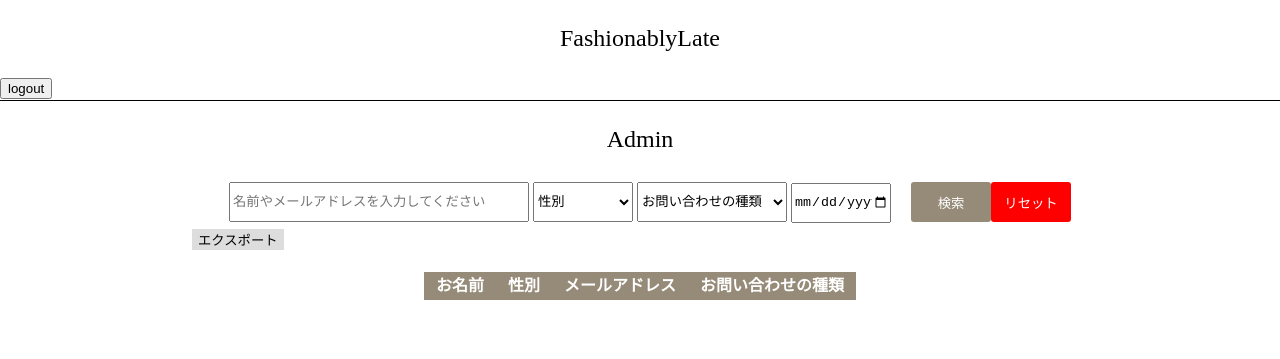
Repository: mayu-ya/test_form
Page: src/resources/views/admin.blade.php
The author's editor kept a copy of each file at every save. The page is drawn from the files as they stood at one save, then again after the next save.
The browser window is 1280 px wide. The pictures show the whole page.
The pointer rests on the first visible `.table-content`.
The page is served by the project's Laravel application, run on PHP 8.4 with Laravel 8. Other server files are loaded and not shown. The template is opened directly, without the code that normally fills it, so the values that code supplies are empty.

Above is the page before, as saved 2026-01-24 13:37:48.

### src/routes/web.php
<?php

use Illuminate\Support\Facades\Route;
use App\Http\Controllers\ContactController;
use App\Http\Controllers\CategoryController;
use App\Http\Controllers\AuthController;

/*
|--------------------------------------------------------------------------
| Web Routes
|--------------------------------------------------------------------------
|
| Here is where you can register web routes for your application. These
| routes are loaded by the RouteServiceProvider within a group which
| contains the "web" middleware group. Now create something great!
|
*/

Route::get('/', [ContactController::class, 'index']);
Route::post('/confirm', [ContactController::class, 'confirm']);
Route::post('/', [ContactController::class, 'back']);
Route::post('/thanks', [ContactController::class, 'store']);

Route::get('/', [CategoryController::class, 'index']);

Route::middleware('auth')->group(function () {
    Route::get('/admin', [AuthController::class, 'index']);
});
Route::get('/search', [AuthController::class, 'search']);

### src/resources/views/admin.blade.php
@extends('layouts.app')

@section('css')
<link rel="stylesheet" href="{{ asset('css/admin.css') }}">
@endsection

@section('header')
<div>
    <form action="/logout" method="post">
        @csrf
        <button class="header__button">logout</button>
    </form>
</div>

@endsection

@section('content')
<div class="content">
    <div class="title">
        <h2 class="title-h">Admin</h2>
    </div>

    <div class="search">
        <form class="form__search" action="/search" method="get">
            @csrf
            <div class="form__search-item">
                <input class="form__search-name" type="search" name="keyword" placeholder="名前やメールアドレスを入力してください" value="{{ old('keyword') }}">
                <select class="form__search-gender" name="gender">
                    <option value="">性別</option>
                    <option value="3">全部</option>
                    <option value="0">男性</option>
                    <option value="1">女性</option>
                    <option value="2">その他</option>
                </select>
                <select class="form__search-content" name="category_id">
                    <option value="">お問い合わせの種類</option>
                    @foreach ($categories as $category)
                    <option value="{{ $category['id'] }}">{{ $category->content }}</option>
                    @endforeach
                </select>
                <input class="form__search-date" type="date" name="date">
            </div>
            <div class="search__button">
                <button class="search__button-submit" tyup="submit">検索</button>
            </div>
        </form>
        <form action="" class="reset__button">
            <button class="reset__button-submit">リセット</button>
        </form>
    </div>

    <div class="export">
        <form action="" class="form__export">
            <button class="form__export-button">エクスポート</button>
        </form>
        {{ $contacts->links('vendor.pagination.custom-links') }}
    </div>

    <div class="table-content">
        <table class="table">
            <tr class="table-row">
                <th class="table-title">
                    <span class="table-span">お名前</span>
                    <span class="table-span">性別</span>
                    <span class="table-span">メールアドレス</span>
                    <span class="table-span">お問い合わせの種類</span>
                </th>
            </tr>
            @foreach($contacts as $contact)
            <tr class="table-row">
                <td class="table__item">
                    <form class="form">
                        <div class="form__item">
                            <input type="text" class="form__item-input" name="name" value="{{ $contact['last_name'] }}  {{ $contact['first_name'] }}" readonly>
                            @php
                            $gendertext = [1 => '男性', 2 => '女性', 3=>'その他'][$contact['gender']];
                            @endphp
                            <input type="text" class="form__item-input" name="gender" value="{{ $gendertext }}" readonly>
                            <input type="text" class="form__item-input" name="email" value="{{ $contact['email'] }}" readonly>
                            <input type="text" class="form__item-input" name="category_id"  value="{{ $contact->category->content }}" readonly>
                        </div>
                        <div class="form__button">
                            <button class="form__button-detail" type="button" popovertarget="my-popover" popovertargetaction="show">
                                詳細
                            </button>
                        </div>
                    </form>
                </td>
            </tr>
            @endforeach
        </table>
    </div>
</div>

<div id="my-popover" popover>
    <form class="popover-form">
        <div class="close__button">
            <button popovertarget="my-popover" popovertargetaction="hide" class="close__button-item">
                ×
            </button>
        </div>
        <div class="popover-group">
            <div class="popover-group__title">
                <span class="popover-group__title-span">お名前</span>
            </div>
            <div class="popover-group__item">
                <input type="text" class="popover-group__item-input" name="name" value="{{ $contact['last_name'] }}  {{ $contact['first_name'] }}" readonly>
            </div>
        </div>
        <div class="popover-group">
            <div class="popover-group__title">
                <span class="popover-group__title-span">性別</span>
            </div>
            <div class="popover-group__item">
                <input type="text" class="popover-group__item-input" name="gender" value="{{ $gendertext }}" readonly>
            </div>
        </div>
        <div class="popover-group">
            <div class="popover-group__title">
                <span class="popover-group__title-span">メールアドレス</span>
            </div>
            <div class="popover-group__item">
                <input type="text" class="popover-group__item-input" name="email" value="{{ $contact['email'] }}" readonly>
            </div>
        </div>
        <div class="popover-group">
            <div class="popover-group__title">
                <span class="popover-group__title-span">電話番号</span>
            </div>
            <div class="popover-group__item">
                <input type="text" class="popover-group__item-input" name="tel" value="{{ $contact['tel'][0] }}{{ $contact['tel'][1] }}{{ $contact['tel'][2] }}" readonly>
            </div>
        </div>
        <div class="popover-group">
            <div class="popover-group__title">
                <span class="popover-group__title-span">住所</span>
            </div>
            <div class="popover-group__item">
                <input type="text" class="popover-group__item-input" name="address" value="{{ $contact['address'] }}" readonly>
            </div>
        </div>
        <div class="popover-group">
            <div class="popover-group__title">
                <span class="popover-group__title-span">建物名</span>
            </div>
            <div class="popover-group__item">
                <input type="text" class="popover-group__item-input" name="building" value="{{ $contact['building'] }}" readonly>
            </div>
        </div>
        <div class="popover-group">
            <div class="popover-group__title">
                <span class="popover-group__title-span">お問い合わせの種類</span>
            </div>
            <div class="popover-group__item">
                <input type="text" class="popover-group__item-input" name="category_id"  value="{{ $contact->category->content }}" readonly>
            </div>
        </div>
        <div class="popover-group">
            <div class="popover-group__title">
                <span class="popover-group__title-span">お問い合わせ内容</span>
            </div>
            <div class="popover-group__item">
                <textarea class="popover-group__item-input" name="detail" value="{{ $contact['detail'] }}" readonly></textarea>
            </div>
        </div>
    </form>
    <form class="popover-form__delete">
        <div class="delete__button">
            <button class="delete__button-item">削除</button>
        </div>
    </form>
</div>



@endsection

### src/resources/views/layouts/app.blade.php
<!DOCTYPE html>
<html lang="ja">
<head>
    <meta charset="UTF-8">
    <meta name="viewport" content="width=device-width, initial-scale=1.0">
    <title>FashionablyLate</title>
    <link rel="stylesheet" href="{{ asset('css/common.css') }}">
    <link rel="stylesheet" href="{{ asset('css/sanitize.css') }}">
    @yield('css')
</head>
<body>
    <header class="header">
        <div class="header__item">
            <div class="header-title">
                <div class="header-title__item">FashionablyLate</div>
            </div>
            <nav>
                @yield('header')
            </nav>
        </div>
    </header>

    <main>
        @yield('content')
    </main>
</body>
</html>

### src/public/css/common.css
.header{
    border-bottom: 1px solid #000;
}

.header-title {
    margin: 0 auto;
    padding: 20px 15px;
    max-width: 1230px;
}

.header-title__item {
    font-size: 24px;
    text-align: center;
}

### src/public/css/sanitize.css
/* Document
* ========================================================================== */

/**
* Add border box sizing in all browsers (opinionated).
*/

*,
::before,
::after {
  box-sizing: border-box;
}

/**
* 1. Add text decoration inheritance in all browsers (opinionated).
* 2. Add vertical alignment inheritance in all browsers (opinionated).
*/

::before,
::after {
  vertical-align: inherit;
  /* 2 */
  text-decoration: inherit;
  /* 1 */
}

/**
* 1. Use the default cursor in all browsers (opinionated).
* 2. Change the line height in all browsers (opinionated).
* 3. Use a 4-space tab width in all browsers (opinionated).
* 4. Remove the grey highlight on links in iOS (opinionated).
* 5. Prevent adjustments of font size after orientation changes in
*    IE on Windows Phone and in iOS.
* 6. Breaks words to prevent overflow in all browsers (opinionated).
*/

html {
  word-break: break-word;
  /* 6 */
  -moz-tab-size: 4;
  /* 3 */
  tab-size: 4;
  /* 3 */
  line-height: 1.5;
  /* 2 */
  cursor: default;
  /* 1 */

  -webkit-tap-highlight-color: transparent
    /* 4 */
  ;
  -ms-text-size-adjust: 100%;
  /* 5 */
  -webkit-text-size-adjust: 100%;
  /* 5 */
}

/* Sections
* ========================================================================== */

/**
* Remove the margin in all browsers (opinionated).
*/

body {
  margin: 0;
}

/**
* Correct the font size and margin on `h1` elements within `section` and
* `article` contexts in Chrome, Edge, Firefox, and Safari.
*/

h1 {
  margin: 0.67em 0;
  font-size: 2em;
}

/* Grouping content
* ========================================================================== */

/**
* Remove the margin on nested lists in Chrome, Edge, IE, and Safari.
*/

dl dl,
dl ol,
dl ul,
ol dl,
ul dl {
  margin: 0;
}

/**
* Remove the margin on nested lists in Edge 18- and IE.
*/

ol ol,
ol ul,
ul ol,
ul ul {
  margin: 0;
}

/**
* 1. Add the correct sizing in Firefox.
* 2. Show the overflow in Edge 18- and IE.
*/

hr {
  overflow: visible;
  /* 2 */
  height: 0;
  /* 1 */
}

/**
* Add the correct display in IE.
*/

main {
  display: block;
}

/**
* Remove the list style on navigation lists in all browsers (opinionated).
*/

nav ol,
nav ul {
  padding: 0;
  list-style: none;
}

/**
* 1. Correct the inheritance and scaling of font size in all browsers.
* 2. Correct the odd `em` font sizing in all browsers.
*/

pre {
  font-size: 1em;
  /* 2 */
  font-family: monospace, monospace;
  /* 1 */
}

/* Text-level semantics
* ========================================================================== */

/**
* Remove the gray background on active links in IE 10.
*/

a {
  background-color: transparent;
}

/**
* Add the correct text decoration in Edge 18-, IE, and Safari.
*/

abbr[title] {
  text-decoration: underline;
  text-decoration: underline dotted;
}

/**
* Add the correct font weight in Chrome, Edge, and Safari.
*/

b,
strong {
  font-weight: bolder;
}

/**
* 1. Correct the inheritance and scaling of font size in all browsers.
* 2. Correct the odd `em` font sizing in all browsers.
*/

code,
kbd,
samp {
  font-size: 1em;
  /* 2 */
  font-family: monospace, monospace;
  /* 1 */
}

/**
* Add the correct font size in all browsers.
*/

small {
  font-size: 80%;
}

/* Embedded content
* ========================================================================== */

/*
* Change the alignment on media elements in all browsers (opinionated).
*/

audio,
canvas,
iframe,
img,
svg,
video {
  vertical-align: middle;
}

/**
* Add the correct display in IE 9-.
*/

audio,
video {
  display: inline-block;
}

/**
* Add the correct display in iOS 4-7.
*/

audio:not([controls]) {
  display: none;
  height: 0;
}

/**
* Remove the border on iframes in all browsers (opinionated).
*/

iframe {
  border-style: none;
}

/**
* Remove the border on images within links in IE 10-.
*/

img {
  border-style: none;
}

/**
* Change the fill color to match the text color in all browsers (opinionated).
*/

svg:not([fill]) {
  fill: currentColor;
}

/**
* Hide the overflow in IE.
*/

svg:not(:root) {
  overflow: hidden;
}

/* Tabular data
* ========================================================================== */

/**
* Collapse border spacing in all browsers (opinionated).
*/

table {
  border-collapse: collapse;
}

/* Forms
* ========================================================================== */

/**
* Remove the margin on controls in Safari.
*/

button,
input,
select {
  margin: 0;
}

/**
* 1. Show the overflow in IE.
* 2. Remove the inheritance of text transform in Edge 18-, Firefox, and IE.
*/

button {
  overflow: visible;
  /* 1 */
  text-transform: none;
  /* 2 */
}

/**
* Correct the inability to style buttons in iOS and Safari.
*/

button,
[type="button"],
[type="reset"],
[type="submit"] {
  -webkit-appearance: button;
}

/**
* 1. Change the inconsistent appearance in all browsers (opinionated).
* 2. Correct the padding in Firefox.
*/

fieldset {
  padding: 0.35em 0.75em 0.625em;
  /* 2 */
  border: 1px solid #a0a0a0;
  /* 1 */
}

/**
* Show the overflow in Edge 18- and IE.
*/

input {
  overflow: visible;
}

/**
* 1. Correct the text wrapping in Edge 18- and IE.
* 2. Correct the color inheritance from `fieldset` elements in IE.
*/

legend {
  display: table;
  /* 1 */
  max-width: 100%;
  /* 1 */
  color: inherit;
  /* 2 */
  white-space: normal;
  /* 1 */
}

/**
* 1. Add the correct display in Edge 18- and IE.
* 2. Add the correct vertical alignment in Chrome, Edge, and Firefox.
*/

progress {
  display: inline-block;
  /* 1 */
  vertical-align: baseline;
  /* 2 */
}

/**
* Remove the inheritance of text transform in Firefox.
*/

select {
  text-transform: none;
}

/**
* 1. Remove the margin in Firefox and Safari.
* 2. Remove the default vertical scrollbar in IE.
* 3. Change the resize direction in all browsers (opinionated).
*/

textarea {
  overflow: auto;
  /* 2 */
  margin: 0;
  /* 1 */
  resize: vertical;
  /* 3 */
}

/**
* Remove the padding in IE 10-.
*/

[type="checkbox"],
[type="radio"] {
  padding: 0;
}

/**
* 1. Correct the odd appearance in Chrome, Edge, and Safari.
* 2. Correct the outline style in Safari.
*/

[type="search"] {
  outline-offset: -2px;
  /* 2 */

  -webkit-appearance: textfield;
  /* 1 */
}

/**
* Correct the cursor style of increment and decrement buttons in Safari.
*/

::-webkit-inner-spin-button,
::-webkit-outer-spin-button {
  height: auto;
}

/**
* Correct the text style of placeholders in Chrome, Edge, and Safari.
*/

::-webkit-input-placeholder {
  color: inherit;
  opacity: 0.54;
}

/**
* Remove the inner padding in Chrome, Edge, and Safari on macOS.
*/

::-webkit-search-decoration {
  -webkit-appearance: none;
}

/**
* 1. Correct the inability to style upload buttons in iOS and Safari.
* 2. Change font properties to `inherit` in Safari.
*/

::-webkit-file-upload-button {
  font: inherit;
  /* 2 */

  -webkit-appearance: button;
  /* 1 */
}

/**
* Remove the inner border and padding of focus outlines in Firefox.
*/

::-moz-focus-inner {
  padding: 0;
  border-style: none;
}

/**
* Restore the focus outline styles unset by the previous rule in Firefox.
*/

:-moz-focusring {
  outline: 1px dotted ButtonText;
}

/**
* Remove the additional :invalid styles in Firefox.
*/

:-moz-ui-invalid {
  box-shadow: none;
}

/* Interactive
* ========================================================================== */

/*
* Add the correct display in Edge 18- and IE.
*/

details {
  display: block;
}

/*
* Add the correct styles in Edge 18-, IE, and Safari.
*/

dialog {
  position: absolute;
  right: 0;
  left: 0;
  display: block;
  margin: auto;
  padding: 1em;
  width: -moz-fit-content;
  width: -webkit-fit-content;
  width: fit-content;
  height: -moz-fit-content;
  height: -webkit-fit-content;
  height: fit-content;
  border: solid;
  background-color: white;
  color: black;
}

dialog:not([open]) {
  display: none;
}

/*
* Add the correct display in all browsers.
*/

summary {
  display: list-item;
}

/* Scripting
* ========================================================================== */

/**
* Add the correct display in IE 9-.
*/

canvas {
  display: inline-block;
}

/**
* Add the correct display in IE.
*/

template {
  display: none;
}

/* User interaction
* ========================================================================== */

/*
* 1. Remove the tapping delay in IE 10.
* 2. Remove the tapping delay on clickable elements
in all browsers (opinionated).
*/

a,
area,
button,
input,
label,
select,
summary,
textarea,
[tabindex] {
  -ms-touch-action: manipulation;
  /* 1 */
  touch-action: manipulation;
  /* 2 */
}

/**
* Add the correct display in IE 10-.
*/

[hidden] {
  display: none;
}

/* Accessibility
* ========================================================================== */

/**
* Change the cursor on busy elements in all browsers (opinionated).
*/

[aria-busy="true"] {
  cursor: progress;
}

/*
* Change the cursor on control elements in all browsers (opinionated).
*/

[aria-controls] {
  cursor: pointer;
}

/*
* Change the cursor on disabled, not-editable, or otherwise
* inoperable elements in all browsers (opinionated).
*/

[aria-disabled="true"],
[disabled] {
  cursor: not-allowed;
}

/*
* Change the display on visually hidden accessible elements
* in all browsers (opinionated).
*/

[aria-hidden="false"][hidden] {
  display: initial;
}

[aria-hidden="false"][hidden]:not(:focus) {
  position: absolute;
  clip: rect(0, 0, 0, 0);
}

### src/public/css/admin.css
.content {
    max-width: 1536px;
}

.title {
    margin: 0 auto;
}

.title-h {
    text-align: center;
    font-weight: lighter;
}

.search {
    display: flex;
    align-items: center;
    justify-content: center;
    width: 70%;
    margin: 0 auto;
}

.form__search {
    display: flex;
    align-items: center;
    text-align: left;
}

.form__search-name {
    width: 300px;
    height: 40px;
}

.form__search-gender {
    width: 100px;
    height: 40px;
}

.form__search-content {
    width: 150px;
    height: 40px;
}

.form__search-date {
    width: 100px;
    height: 40px;
}

.form__search-item {
    padding: 5px 20px;
}

.search__button-submit {
    width: 80px;
    height: 40px;
    background: #968b79;
    color: white;
    border-radius: 3px;
    border: none;
    cursor: pointer;
}

.reset__button-submit {
    width: 80px;
    height: 40px;
    background: red;
    color: white;
    border-radius: 3px;
    border: none;
    cursor: pointer;
}

.export {
    display: flex;
    justify-content: space-between;
    width: 70%;
    margin: 0 auto;
}

.form__export-button {
    background: #ddd;
    border: none;
}

.table-content {
    display: flex;
    width: 70%;
    align-items: center;
    justify-content: center;
    margin: 0 auto;
}

.table {
    border: 1px solid #968b79;
    margin: 20px 0;
}

.table-row {
    border-bottom: 1px solid #968b79;
}

.table-title {
    background: #968b79;
}

.table-span {
    text-align: left;
    color: white;
    border: none;
    padding: 10px;
}

.table__item {
    width: 100%;
}

.form {
    display: flex;
}

.form__item {
    display: flex;
}

.form__item-input {
    height: 45px;
    padding: 5px 20px;
    outline: none;
    border: none;
}

.form__item-p {
    text-align: left;
}

.form__button-detail {
    width: 80px;
    height: 35px;
    background: white;
    color: #968b79;
    border: #968b79;
    border-radius: 3px;
    cursor: pointer;
}

svg.w-5.h-5 {
    width: 30px;
    height: 30px;
}

After the next save:
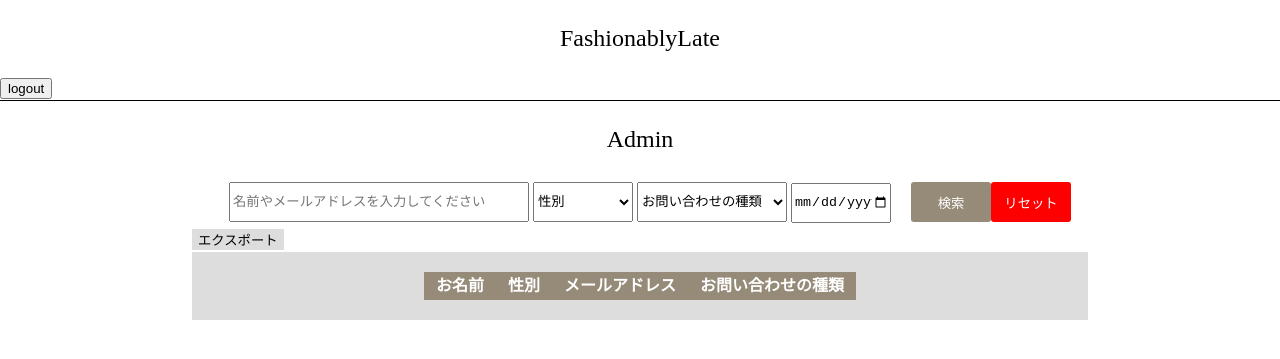
Saved 11 min 8 s later.
--- a/src/public/css/admin.css
+++ b/src/public/css/admin.css
@@ -89,6 +89,10 @@
     margin: 0 auto;
 }
 
+.table-content:hover {
+    background-color: #ddd;
+}
+
 .table {
     border: 1px solid #968b79;
     margin: 20px 0;

After the save that followed:
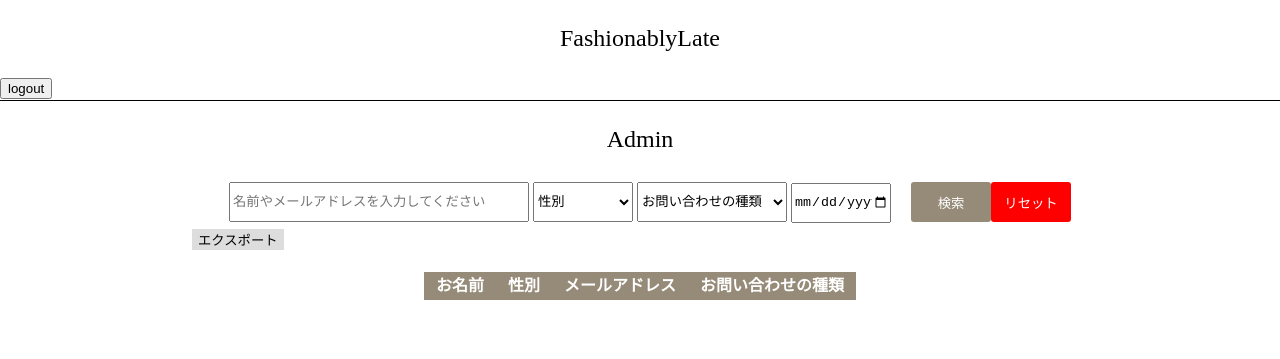
Saved 93 s later.
--- a/src/public/css/admin.css
+++ b/src/public/css/admin.css
@@ -89,10 +89,6 @@
     margin: 0 auto;
 }
 
-.table-content:hover {
-    background-color: #ddd;
-}
-
 .table {
     border: 1px solid #968b79;
     margin: 20px 0;
@@ -100,6 +96,10 @@
 
 .table-row {
     border-bottom: 1px solid #968b79;
+}
+
+.table-row:hover {
+    background-color: #ddd;
 }
 
 .table-title {
